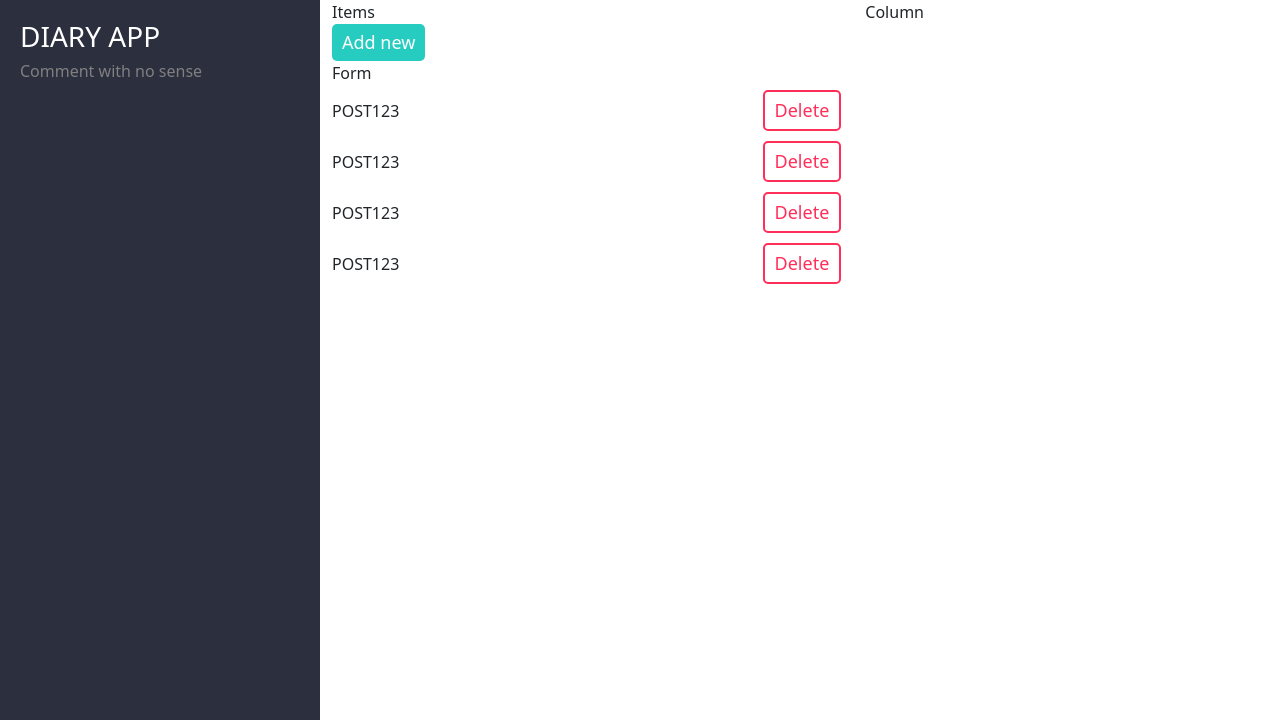
Repository: tsydikov/diary
Page: /
These files come from the project's save history. The page is drawn as it stood at one moment and after a run of saves; the edit follows.
The browser window is 1280 px wide. The pictures show the whole page.
The project was rebuilt for these pictures with package versions that can differ from the ones it lists, and the page was loaded fresh each time.

Above is the page before, as saved 2021-09-10 19:57:39.

After the next 4 saves:
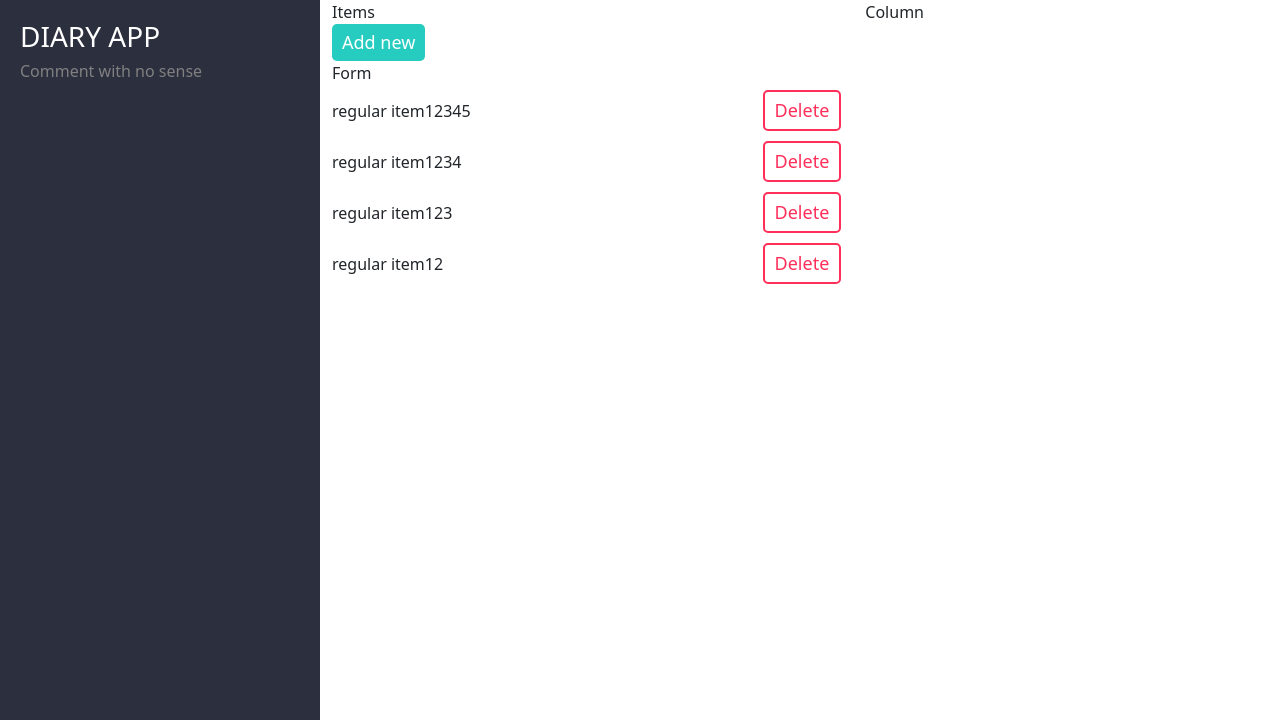
The 4 saves are shown as one change because 3 did not build or start.
The last was saved 2 min 58 s later.
--- a/src/components/Item.jsx
+++ b/src/components/Item.jsx
@@ -1,11 +1,11 @@
 import React from 'react';
 import ButtonDelete from '../UI/Buttons/ButtonDelete';
 
-const Item = () => {
+const Item = (props) => {
     return (
         <div className="item_cotainer">
               <div>
-                POST<span>123</span>
+                {props.item.title}<span>{props.item.comments}</span>
               </div>
               <ButtonDelete>
                 Delete
